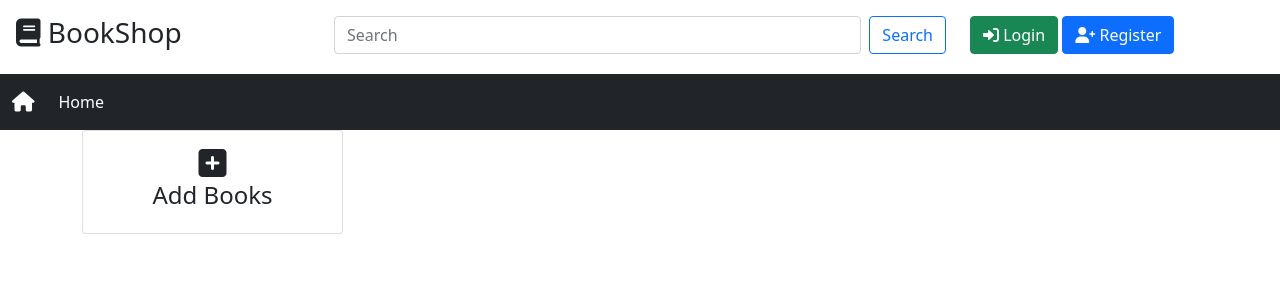
Repository: Abhishekverma23797/BookShopApp
Page: http://localhost/Ebook-App/Admin/home.jsp
An editor plug-in stored every save of this project. The page is shown before and after the next save, followed by the edit.
The browser window is 1280 px wide. The pictures show the whole page.
The page is served by Tomcat 9.

Above is the page before, as saved 2021-12-09 08:36:31.

After the next save:
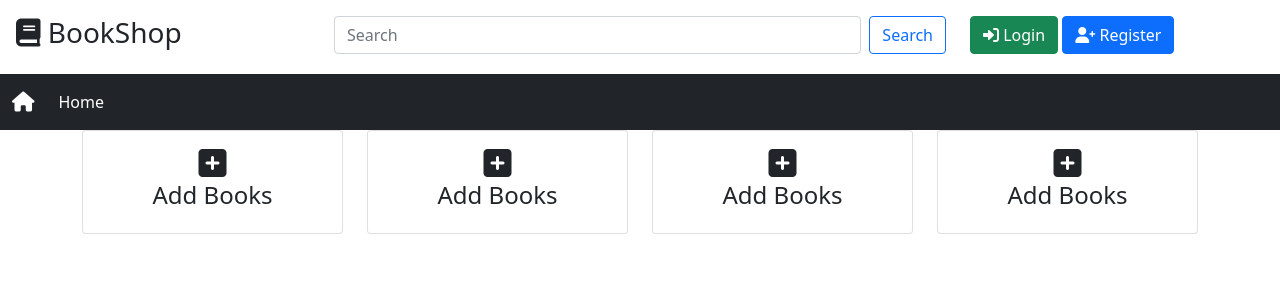
Saved 101 s later.
--- a/Ebook-App/src/main/webapp/Admin/home.jsp
+++ b/Ebook-App/src/main/webapp/Admin/home.jsp
@@ -26,6 +26,39 @@
 			</div>
 
 		</div>
+
+		<div class="col-md-3">
+
+			<div class="card">
+				<div class="card-body text-center">
+					<i class="fas fa-plus-square fa-2x"></i><br>
+					<h4>Add Books</h4>
+				</div>
+			</div>
+
+		</div>
+
+		<div class="col-md-3">
+
+			<div class="card">
+				<div class="card-body text-center">
+					<i class="fas fa-plus-square fa-2x"></i><br>
+					<h4>Add Books</h4>
+				</div>
+			</div>
+
+		</div>
+
+		<div class="col-md-3">
+
+			<div class="card">
+				<div class="card-body text-center">
+					<i class="fas fa-plus-square fa-2x"></i><br>
+					<h4>Add Books</h4>
+				</div>
+			</div>
+
+		</div>
 	</div>
 
 	</div>
